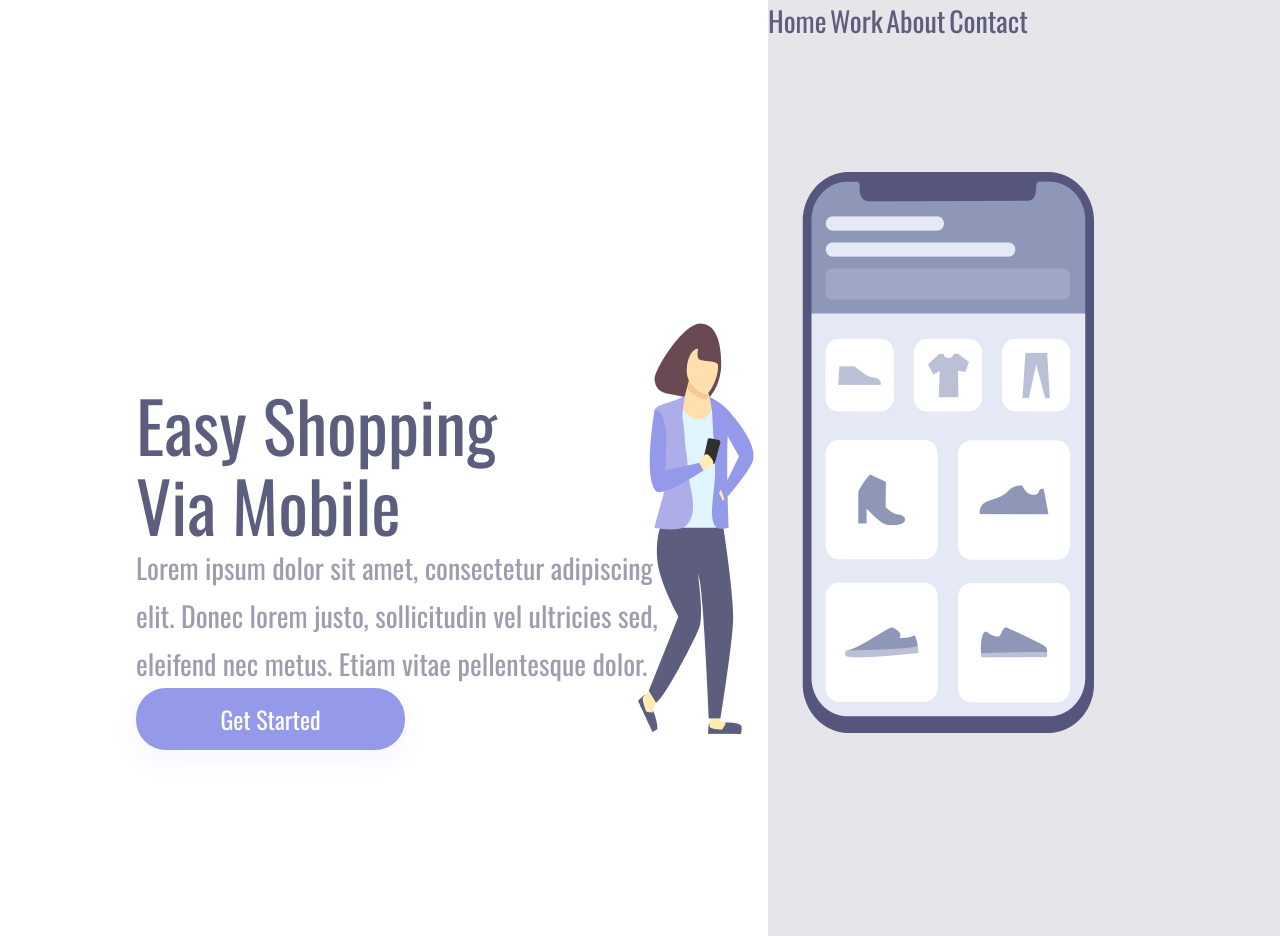
Repository: Leo-Marques-882/Projeto-Git-2
Page: index.html
An editor plug-in stored every save of this project. The page is shown before and after the next save, followed by the edit.
The browser window is 1280 px wide. The pictures show the whole page.

Above is the page before, as saved 2023-03-07 00:11:49.

After the next save:
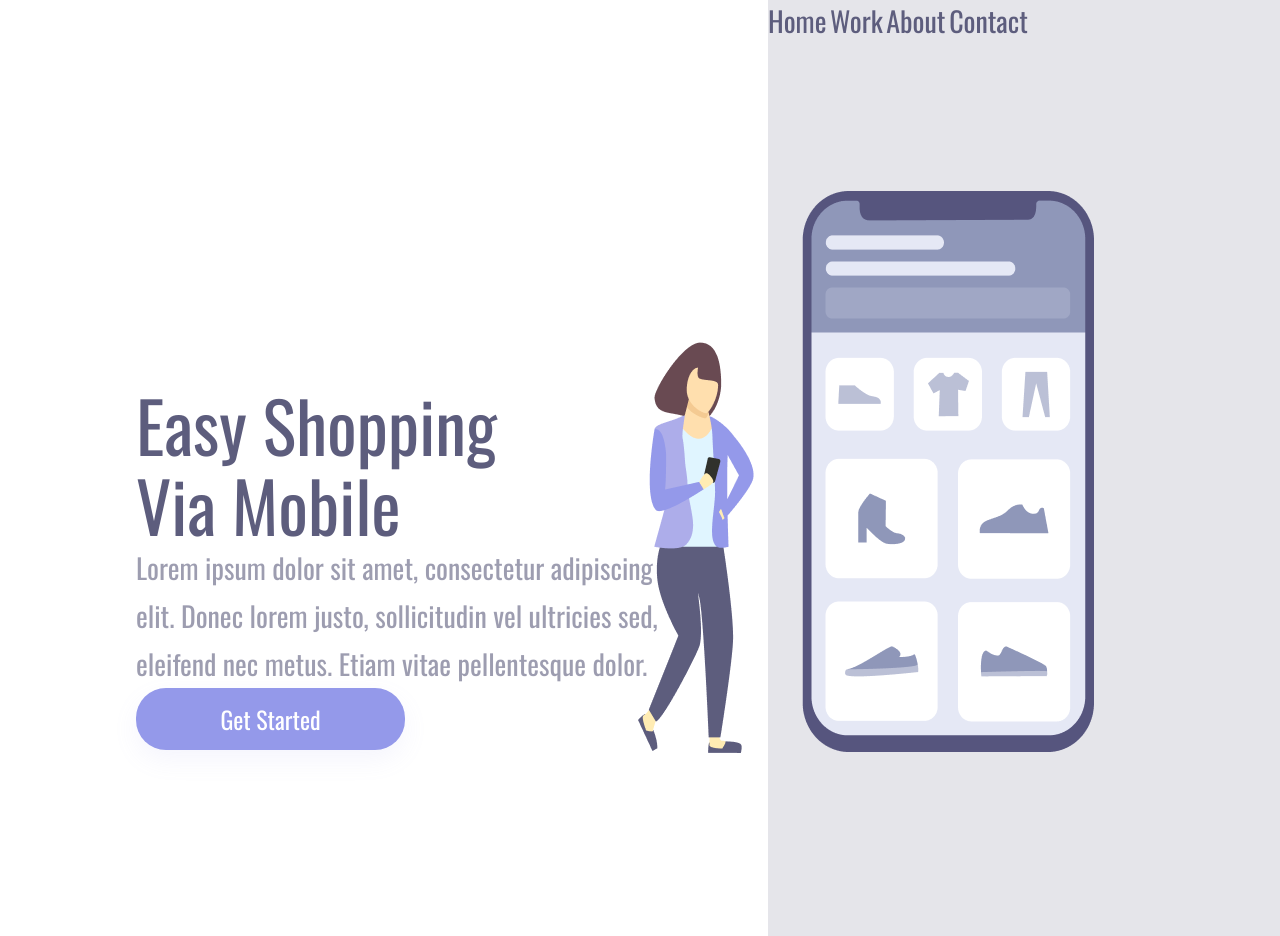
Saved 6 s later.
--- a/styless.css
+++ b/styless.css
@@ -77,6 +77,6 @@
 
 img {
     position: relative;
-    top: 14%;
+    top: 16%;
     right: 130px;
 }
